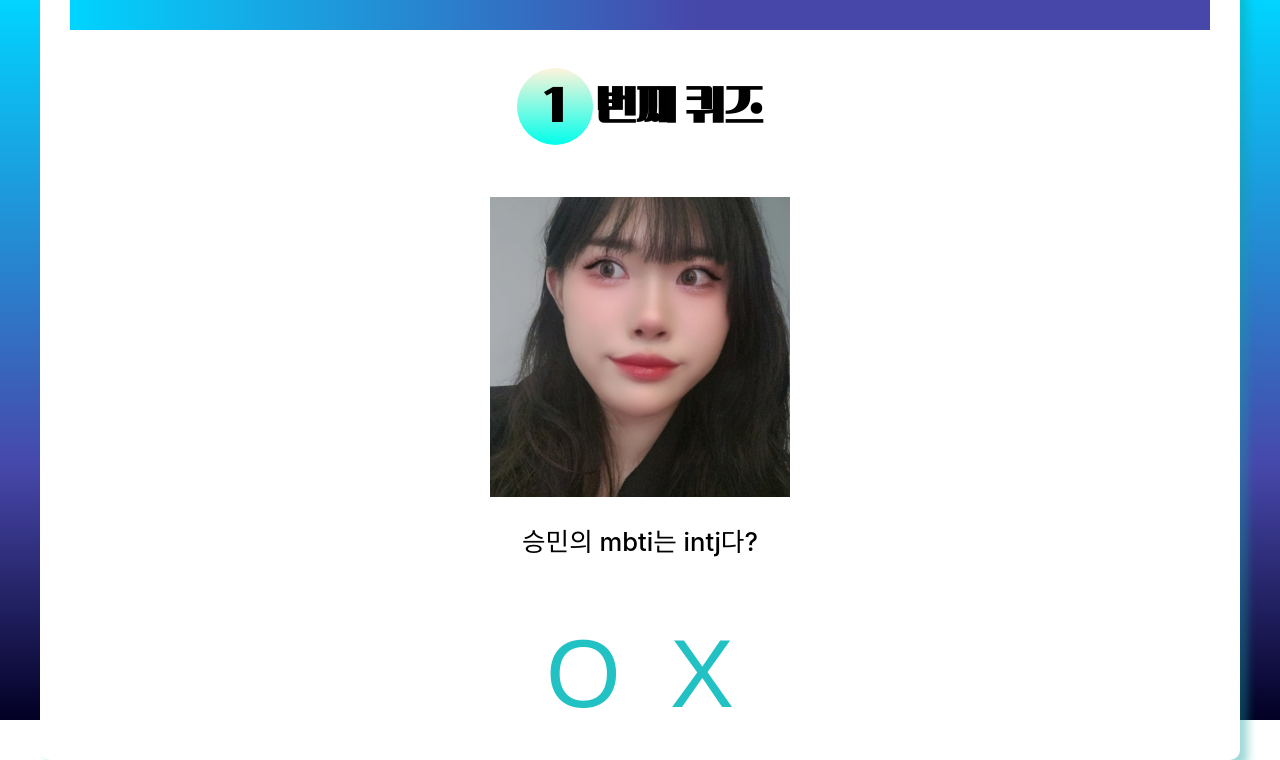
Repository: dnjfht/quiz3
Page: /quiz
The author's editor kept a copy of each file at every save. The page is drawn from the files as they stood at one save, then again after the next save.
The browser window is 1280 px wide. The pictures show the whole page.
The project was rebuilt for these pictures with package versions that can differ from the ones it lists, and the page was loaded fresh each time. Also part of the build but not shown: src/components/Start.js, src/components/Score.js, src/components/Message.js, src/components/Ranking.js, src/components/NotPage.js.

Above is the page before, as saved 2023-04-15 23:20:23.

After the next save:
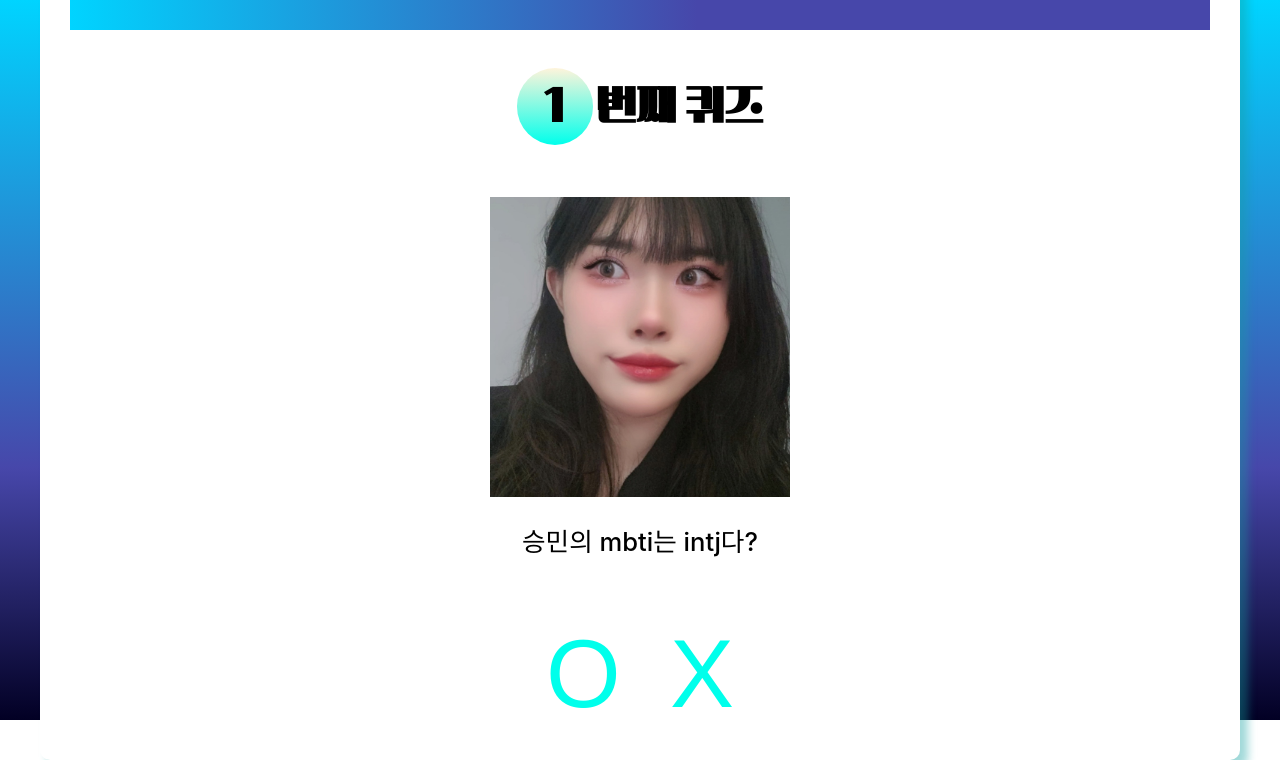
Saved 35 s later.
--- a/src/components/Quiz.js
+++ b/src/components/Quiz.js
@@ -70,7 +70,7 @@ const AnswerSelectorButton = styled.button`
   border: none;
 
   font-size: 6rem;
-  color: rgb(34, 193, 195);
+  color: #00ffeb;
 
   transition: all 0.8s;
 
